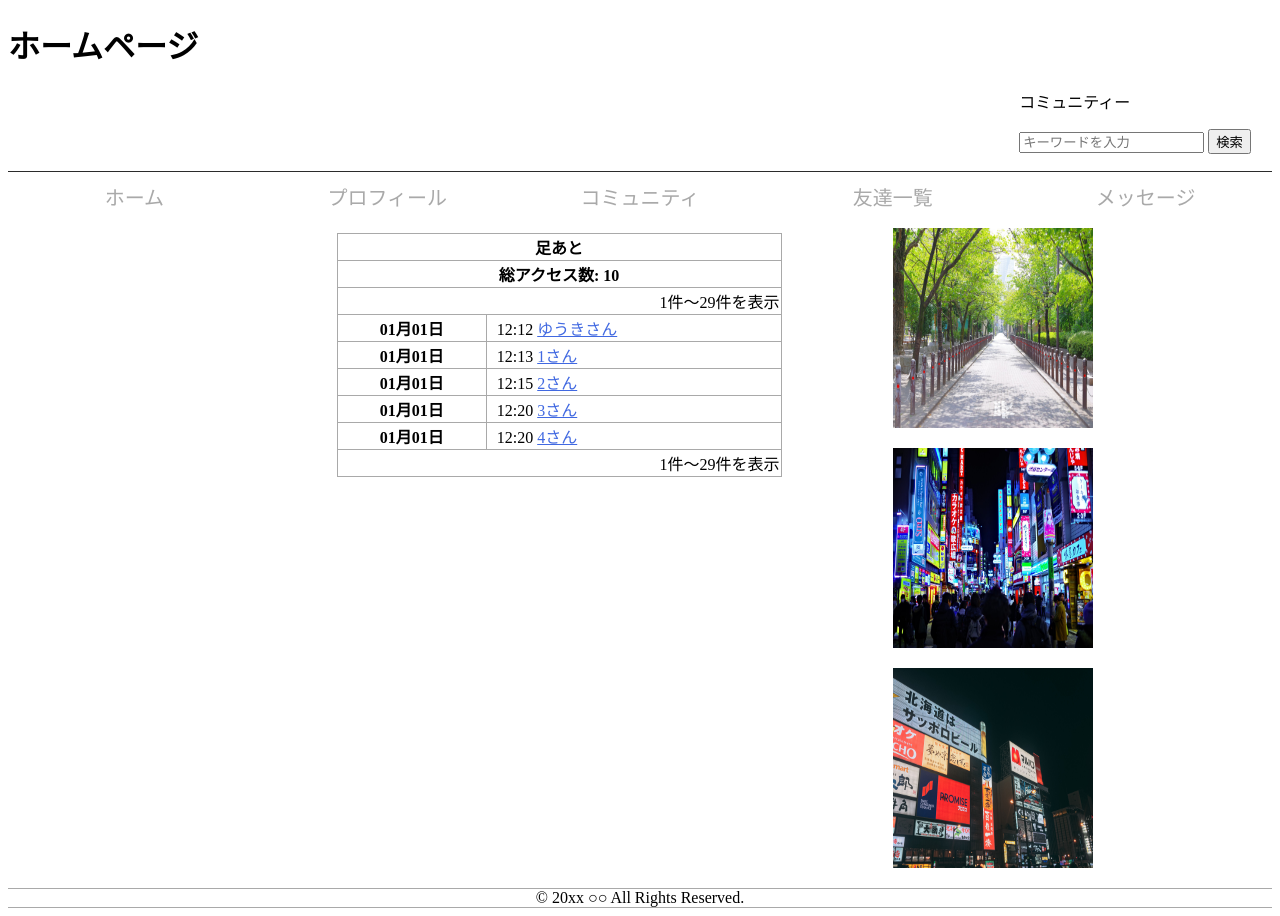
Repository: yuukiabc/samurai_PHP
Page: asiato.html
The author's editor kept a record of every edit. The page is drawn from the files as they stood at one moment, then again after the next edit.
The browser window is 1280 px wide. The pictures show the whole page.

Above is the page before.

After the next edit:
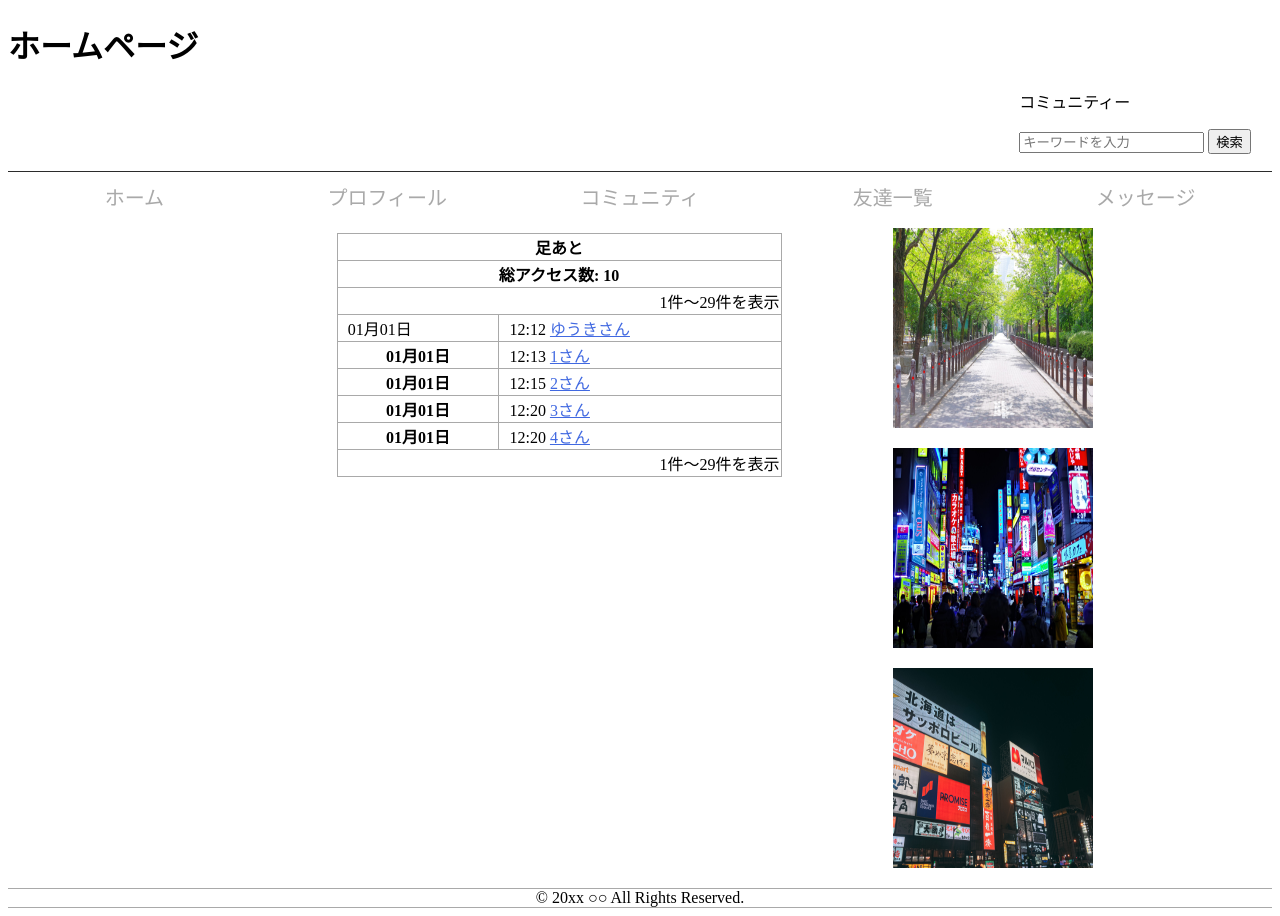
The edit:
--- a/asiato.html
+++ b/asiato.html
@@ -38,7 +38,7 @@
                     <td colspan="2" class="table">1件〜29件を表示</td>
                 </tr>
                 <tr>
-                    <th>01月01日</th> <td>12:12 <a href="#">ゆうきさん</a></td>
+                    <td>01月01日</td> <td>12:12 <a href="#">ゆうきさん</a></td>
                 </tr>
                 <tr>
                     <th>01月01日</th> <td>12:13 <a href="#">1さん</a></td>
